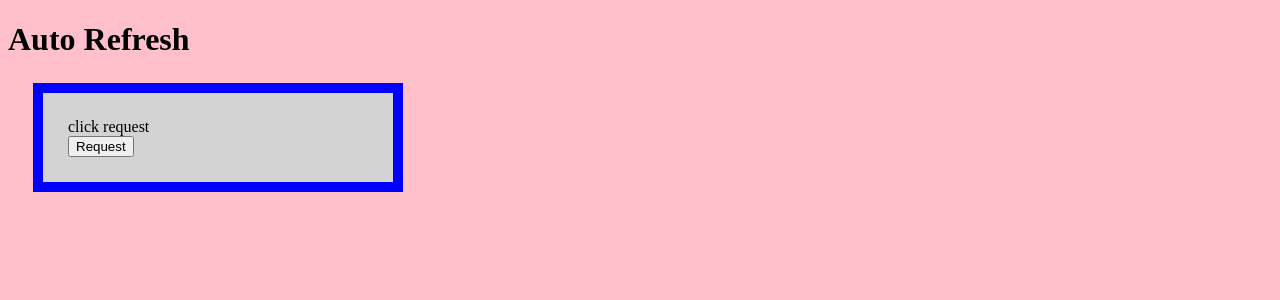
Repository: ashwinipatil321/ServletPrograms
Page: AutoRefresh/WebContent/index.html
The author's editor kept a copy of each file at every save. The page is drawn from the files as they stood at one save, then again after the next save.
The browser window is 1280 px wide. The pictures show the whole page.

Above is the page before, as saved 2017-11-03 11:30:18.

After the next save:
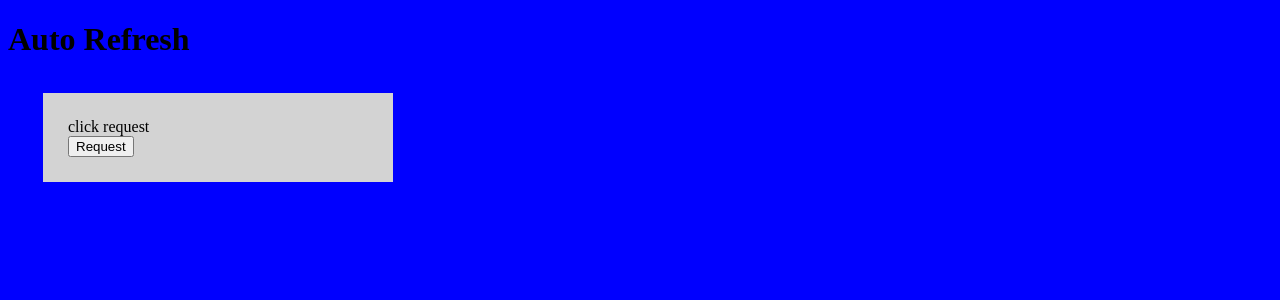
Saved 5 min 26 s later.
--- a/AutoRefresh/WebContent/index.html
+++ b/AutoRefresh/WebContent/index.html
@@ -14,7 +14,7 @@
 			margin: 25px;
 			}
 	</style>
-<body bgcolor="pink">
+<body bgcolor="blue">
 			<h1>Auto Refresh</h1>
 		<form action="ServerResponseRefresh">
 		<div class="center">
